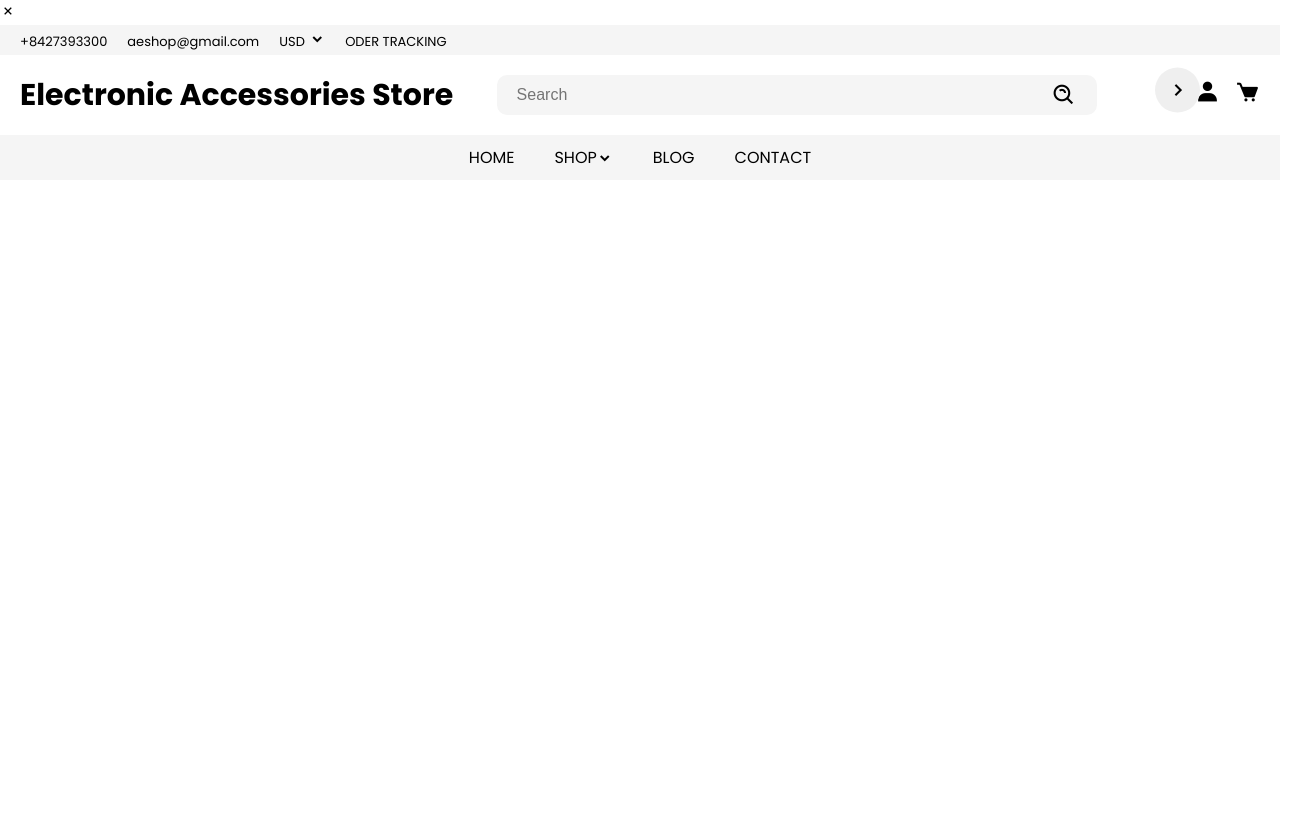
Repository: eric-nguyen-fe/Electronic_accessories
Page: index.html
An editor plug-in stored every save of this project. The page is shown before and after the next save, followed by the edit.
The browser window is 1280 px wide. The page is 1295 px wide, so the pictures cover 1295 px, including what lies to the right of the window. The pictures show the whole page.

Above is the page before, as saved 2021-10-31 20:00:00.

### index.html
<!DOCTYPE html>
<html lang="en">
<head>
    <meta charset="UTF-8">
    <meta http-equiv="X-UA-Compatible" content="IE=edge">
    <meta name="viewport" content="width=device-width, initial-scale=1.0">
    <title>Electronic Accessories</title>
    <!--Google font-->

    <link rel="preconnect" href="https://fonts.googleapis.com">
    <link rel="preconnect" href="https://fonts.gstatic.com" crossorigin>
    <link href="https://fonts.googleapis.com/css2?family=Poppins:ital,wght@0,100;0,200;0,300;0,400;0,500;0,600;0,700;0,800;0,900;1,100;1,200;1,300;1,400;1,500;1,600;1,700;1,800;1,900&display=swap" rel="stylesheet">

    <!--Boxicons-->

    <link href='https://unpkg.com/boxicons@2.0.9/css/boxicons.min.css' rel='stylesheet'>

    <!--App css-->
    <link href="./css/grid.css" rel="stylesheet">
    <link href="./css/app.css" rel="stylesheet">

</head>
<body>
    <!--Header-->
    <header>
        <div class="mobile-menu bg-second">
            <a href="#" class="mb-logo">EAShop</a>
            <span class="mb-menu-toggle" id="mb-menu-toggle">
                <i class='bx bx-menu'></i>
            </span>
        </div>
        <!--End mobile menu-->
        <!--Main Header-->
        <div class="header-wrapper" id="header-wrapper">
            <span class="mb-menu-toggle" id="mb-menu-toggle">
                <i class='bx bx-x'></i>
            </span>
            <!--Top header-->
            <div class="bg-second">
                <div class="top-header container">
                    <ul class="devided">
                        <li>
                            <a href="#">+8427393300</a>
                        </li>
                        <li>
                            <a href="#">aeshop@gmail.com</a>
                        </li>
                        <ul class="devided">
                            <li class="dropdown">
                                <a href="#">USD</a>
                                <i class='bx bxs-chevron-down'></i>
                                <ul class="dropdown-content">
                                    <li><a href="#">VIETNAMESE</a></li>
                                    <li><a href="#">JAPANESE</a></li>
                                    <li><a href="#">FRENCH</a></li>
                                    <li><a href="#">SPANISH</a></li>
                                </ul>
                            </li>
                            <li><a href="#">ODER TRACKING</a></li>
                        </ul>
                    </ul>
                </div>
            </div>
            <!--End top header-->
            <!--Mid header-->
            <div class="bg-main">
                <div class="mid-header container">
                    <a href="#" class="logo">Electronic Accessories Store</a>
                    <div class="search">
                        <input type="text" placeholder="Search">
                        <i class='bx bx-search-alt'></i>
                    </div>
                    <ul class="user-menu">
                        <li><a href="#"><i class='bx bxs-bell-ring' ></i></a></li>
                        <li><a href="#"><i class='bx bxs-user'></i></a></li>
                        <li><a href="#"><i class='bx bxs-cart' ></i></a></li>
                    </ul>
                </div>
            </div>
            <!--End mid header-->
            <!--Bottom header-->
            <div class="bg-second">
                <div class="bottom-header container">
                    <div class="main-menu">
                        <li><a href="#">Home</a></li>
                        <!--Mega menu-->
                        <li class="mega-dropdown">
                            <a href="./products.html">Shop<i class='bx bxs-chevron-down'></i></a>
                            <div class="mega-content">
                                <div class="row">
                                    <div class="col-3">
                                        <div class="box">
                                            <h3>Categories</h3>
                                            <ul>
                                                <li><a href="#">Wireless</a></li>
                                                <li><a href="#">Inear headphone</a></li>
                                                <li><a href="#">Overear headphone</a></li>
                                                <li><a href="#">Support headphone</a></li>
                                            </ul>
                                        </div>
                                    </div>
                                    <div class="col-3">
                                        <div class="box">
                                            <h3>Categories</h3>
                                            <ul>
                                                <li><a href="#">Wireless</a></li>
                                                <li><a href="#">Inear headphone</a></li>
                                                <li><a href="#">Overear headphone</a></li>
                                                <li><a href="#">Support headphone</a></li>
                                            </ul>
                                        </div>
                                    </div>
                                    <div class="col-3">
                                        <div class="box">
                                            <h3>Categories</h3>
                                            <ul>
                                                <li><a href="#">Wireless</a></li>
                                                <li><a href="#">Inear headphone</a></li>
                                                <li><a href="#">Overear headphone</a></li>
                                                <li><a href="#">Support headphone</a></li>
                                            </ul>
                                        </div>
                                    </div>
                                    <div class="col-3">
                                        <div class="box">
                                            <h3>Categories</h3>
                                            <ul>
                                                <li><a href="#">Wireless</a></li>
                                                <li><a href="#">Inear headphone</a></li>
                                                <li><a href="#">Overear headphone</a></li>
                                                <li><a href="#">Support headphone</a></li>
                                            </ul>
                                        </div>
                                    </div>
                                </div>
                                <div class="row img-row">
                                    <div class="col-3">
                                        <div class="box">
                                            <img src="./images/kisspng-beats-electronics-headphones-apple-beats-studio-red-headphones.png" alt="">
                                        </div>
                                    </div>
                                    <div class="col-3">
                                        <div class="box">
                                            <img src="./images/JBL_TUNE220TWS_ProductImage_Pink_ChargingCaseOpen.png" alt="">
                                        </div>
                                    </div>
                                    <div class="col-3">
                                        <div class="box">
                                            <img src="./images/JBL_JR 310BT_Product Image_Hero_Skyblue.png" alt="">
                                        </div>
                                    </div>
                                    <div class="col-3">
                                        <div class="box">
                                            <img src="./images/JBLHorizon_001_dvHAMaster.png" alt="">
                                        </div>
                                    </div>
                                </div>
                            </div>
                        </li>
                        <!--End mega menu-->
                        <li><a href="#">Blog</a></li>
                        <li><a href="#">Contact</a></li>
                    </div>
                </div>
            </div>
            <!--End bottom header-->

        </div>
        <!--End Main Header-->
    </header>
    <!--End Header-->
    <!-- Hero section -->
    <div class="hero">
        <div class="slider">
            <div class="container">
            <!-- slider item -->
            <div class="slide active">
                <div class="info">
                    <div class="info-content">
                        <h3 class="top-down">
                            JBL TUNE 750TC
                        </h3>
                        <h2 class="top-down trans-delay-0-2">
                            Next-gen desgin
                        </h2>
                        <p class="top-down trans-delay-0-4">
                            Lorem ipsum dolor sit amet, consectetur adipisicing elit. Velit eaque adipisci error incidunt excepturi ad vitae culpa tenetur doloremque molestiae rerum iste deserunt dignissimos sint inventore, odio nulla, ipsam magnam?
                        </p>
                        <div class="top-down trans-delay-0-6">
                            <button class="btn-flat btn-hover">
                                <span>Shop now</span>
                            </button>
                        </div>
                    </div>
                </div>
                <div class="img top-down">
                    <img src="./images/JBL_E55BT_KEY_RED_6063_FS_x1-1605x1605px.webp" alt="">
                </div>
            </div>
            <!-- end slider item -->
            <!-- slider item -->
            <div class="slide">
                <div class="info">
                    <div class="info-content">
                        <h3 class="top-down">
                            JBL QUANTUM ONE
                        </h3>
                        <h2 class="top-down trans-delay-0-2">
                            IPSUM DOLOR
                        </h2>
                        <p class="top-down trans-delay-0-4">
                            Lorem ipsum dolor sit amet, consectetur adipisicing elit. Velit eaque adipisci error incidunt excepturi ad vitae culpa tenetur doloremque molestiae rerum iste deserunt dignissimos sint inventore, odio nulla, ipsam magnam?
                        </p>
                        <div class="top-down trans-delay-0-6">
                            <button class="btn-flat btn-hover">
                                <span>Shop now</span>
                            </button>
                        </div>
                    </div>
                </div>
                <div class="img right-left">
                    <img src="./images/JBL_E55BT_KEY_BLACK_6175_FS_x1-1605x1605px.png" alt="">
                </div>
            </div>
            <!-- end slider item -->
            <!-- slider item -->
            <div class="slide">
                <div class="info">
                    <div class="info-content">
                        <h3 class="top-down">
                            JBL JR 310BT
                        </h3>
                        <h2 class="top-down trans-delay-0-2">
                            Consectetur Elit
                        </h2>
                        <p class="top-down trans-delay-0-4">
                            Lorem ipsum dolor sit amet consectetur adipisicing elit. Molestiae nulla dignissimos laboriosam voluptates quod libero, vel nisi hic! Similique delectus voluptas aspernatur nulla in numquam excepturi molestias suscipit, nobis sint.
                        </p>
                        <div class="top-down trans-delay-0-6">
                            <button class="btn-flat btn-hover">
                                <span>Shop now</span>
                            </button>
                        </div>
                    </div>
                </div>
                <div class="img left-right">
                    <img src="./images/JBL_JR 310BT_Product Image_Hero_Skyblue.png" alt="">
                </div>
            </div>
            <!-- end slider item -->
            </div>
        </div>
        <!-- slider controller -->
        <button class="slide-controll slide-next">
            <i class='bx bx-chevron-right'></i>
        </button>
        <button class="slide-controll slide-prev">
            <i class='bx bx-chevron-left'></i>
        </button>
        <!-- slider controller -->
    </div>
    <!-- End Hero section -->







    <!--App JS-->
    <script src="./js/app.js"></script>
    <script src="./js/index.js"></script>
</body>
</html>

### css/grid.css
.row{
    display: flex;
    flex-wrap: wrap;
    margin: 0 -15px;
}

.row-revere {
    flex-direction: row-reverse;
}

[class*="col-"]{
    padding: 0 15px;
    margin-bottom: 20px;
}
.col-1{
    width: 8.33%;
}
.col-2{
    width: 16.66%;
}
.col-3{
    width: 25%;
}
.col-4{
    width: 33.33%;
}
.col-5{
    width: 41.66%;
}
.col-6{
    width: 50%;
}
.col-7{
    width: 58.33%;
}
.col-8{
    width: 66.66%;
}
.col-9{
    width: 75%;
}
.col-10{
    width: 83.33%;
}
.col-11{
    width: 91,66%;
}
.col-12{
    width: 100%;
}

/* Medium screen*/

@media only screen and (max-width: 1280px) {
    .col-md-1{
        width: 8.33%;
    }
    .col-md-2{
        width: 16.66%;
    }
    .col-md-3{
        width: 25%;
    }
    .col-md-4{
        width: 33.33%;
    }
    .col-md-5{
        width: 41.66%;
    }
    .col-md-6{
        width: 50%;
    }
    .col-md-7{
        width: 58.33%;
    }
    .col-md-8{
        width: 66.66%;
    }
    .col-md-9{
        width: 75%;
    }
    .col-md-10{
        width: 83.33%;
    }
    .col-md-11{
        width: 91,66%;
    }
    .col-md-12{
        width: 100%;
    }

}

/* Small screen*/

@media only screen and (max-width: 750px) {
    .col-sm-1{
        width: 8.33%;
    }
    .col-sm-2{
        width: 16.66%;
    }
    .col-sm-3{
        width: 25%;
    }
    .col-sm-4{
        width: 33.33%;
    }
    .col-sm-5{
        width: 41.66%;
    }
    .col-sm-6{
        width: 50%;
    }
    .col-sm-7{
        width: 58.33%;
    }
    .col-sm-8{
        width: 66.66%;
    }
    .col-sm-9{
        width: 75%;
    }
    .col-sm-10{
        width: 83.33%;
    }
    .col-sm-11{
        width: 91,66%;
    }
    .col-sm-12{
        width: 100%;
    }

}

### css/app.css
:root{
    --main-bg-color: #fff;
    --second-bg-color: #f5f5f5;
    --third-bg-color: #e3e3e3;
    --grey: #4b4b4b;
    --back: #000;
    --red: #c0392b;
    --top-header-size: 30px;
    --mid-header-size: 80px;
    --bottom-header-size: 45px;
    --btn-bg: #000;
    --btn-border-color: #000;
    --btn-color: #fff;
}

*{
    padding: 0;
    margin: 0;
    box-sizing: border-box;
    -webkit-tap-highlight-color: transparent;
}

body{
    font-family: "Poppins", sans-serif;
    overflow-x: hidden;
    position: relative;
    background-color: var(--main-bg-color);
}

button{
    cursor: pointer;
}

a{
    display: inline-block;
    text-decoration: none;
    color: unset;
}

li{
    list-style-type: none;
}

img{
    max-width: 100%;
}

/*--------------------------------------------*/

.container{
    max-width: 1366px;
    margin: auto;
    padding: 0 20px;
    position: relative;
}

.bg-second{
    background-color: var(--second-bg-color);
}

.bg-main{
    background-color: var(--main-bg-color);
}

.text-red{
    color: var(--red);
}

.mobile-menu{
    align-items: center;
    justify-content: space-between;
    padding: 10px 20px;
    display: none;
}

.top-header{
    height: 30px;
    display: flex;
    justify-content: space-between;
    align-items: center;
}

.top-header ul{
    display: flex;
}

.top-header a{
    font-size: 13px;
}

ul.devided >li{
    margin-right: 10px;
    padding-right: 10px;
/*     border-right: 1px solid;
 */}

ul.devided > li:last-child{
    border-right: none;
}

/* dropdown */
.dropdown{
    position: relative;
}

.dropdown:hover .dropdown-content{
    top:100%;
    opacity: 1;
    visibility: visible;
}

.dropdown-content{
    display: flex;
    opacity: 0;
    visibility: hidden;
    position:absolute;
    top: calc(100% + 10px);
    background-color: #fff;
    flex-direction: column;
    box-shadow: rgba(100, 100, 111, 0.2) 0px 7px 29px 0;
    transition: all 0.4s cubic-bezier(0.77,0, 0.175,1);
    z-index: 2;
}

.dropdown-content >li >a{
    padding: 10px;
}

.dropdown-content >li:hover{
    color: var(--red);
}

/* end dropdown */

.mid-header{
    display: flex;
    align-items: center;
    justify-content: space-between;
    height: 80px;
    background-color: var(--main-bg-color);

}

.logo{
    font-size: 30px;
    font-weight: 700;
}

.search{
    width: 600px;
    height: 40px;
    position: relative;
}

.search input{
    height: 100%;
    width: 100%;
    font-size: 16px;
    outline: 0;
    padding: 0 20px;
    border-radius: 10px;
    border: 0;
    background-color: var(--second-bg-color);
}

.search i{
    position: absolute;
    top: 50%;
    transform: translateY(-50%);
    right: 20px;
    cursor: pointer;
    font-size: 25px;

}

.user-menu{
    display: flex;
}

.user-menu >li >a{
    font-size: 25px;
    margin-left: 15px;
}

.bottom-header{
    display: flex;
    align-items: center;
    justify-content: center;
}

.main-menu{
    display: flex;
    height: var(--bottom-header-size);
}

.main-menu a{
    display: flex;
    align-items: center;
    margin: 0 20px;
    font-size: 600;
    height: 100%;
    text-transform: uppercase;
}

.main-menu>li{
    border-bottom: 2px solid transparent;
    border-top: 2px solid transparent;
}

.main-menu> li:hover{
    border-bottom: 4px solid var(--red);
}

/* mega menu */

.mega-content{
    opacity: 0;
    visibility: hidden;
    position: absolute;
    left: 0;
    background-color: var(--main-bg-color);
    width: 100%;
    top: calc(100% +100px);
    z-index: 2;
    box-shadow: rgba(100, 100, 111, 0.2) 0px 7px 29px 0;
    transition: all .4s cubic-bezier(0.77, 0 , 0.175, 1);
}

.mega-dropdown:hover .mega-content{
    opacity: 1;
    visibility: visible;
    top: 100%;
}

.mega-content h3{
    margin: 20px 0;
    padding-left: 20px;
}

.mega-content ul{
    display: flex;
    flex-direction: column;
}

.mega-content ul> li >a{
    font-weight: normal;
    padding: 10px 0;
    border-bottom: 2px dashed #f5f5f5;
    transition: padding-left .2s ease-in-out;
    margin: 0 20px;
    text-transform: capitalize;
}

.mega-content ul> li >a:hover{
    padding-left: 10px;

}

.mega-content ul> li{
    padding-left: 10px;
    border-bottom: 2px solid transparent;

}

.mega-content ul> li:hover{
    padding-left: 10px;
    border-bottom: 3px solid var(--red);

}
/* end mega menu */

.box{
    padding: 20px;
}

.hero{
    height: calc(100vh -
        (
         var(--top-header-size) +  var(--mid-header-size) +var(--bottom-header-size)
        )
    );
    padding: 0 20px;
}

.slider,
.slider .container{
    height: 100%;
    position: relative;
}

.slide{
    height: 100%;
    position: absolute;
    display: flex;
    inset: 0;
    overflow: hidden;
    visibility: hidden;
}

.slide.active {
    visibility: visible;
}

.slide .info{
    width: 50%;
    display: flex;
    flex-direction: column;
    justify-content: center;
    height: 100%;
}

.info-content h2 {
    font-size: 70px;
    margin: 10px 0 35px;
}

.info-content button{
    margin-top: 30px;
}

.slide .img{
    width: 50%;
    display: flex;
    align-items: center;
    justify-content: center;
}

.btn-flat{
    display: inline-block;
    border:  2px solid var(--btn-border-color);
    background-color: var(--btn-bg);
    color: var(--btn-color);
    padding: 15px 35px;
    font-size: 15px;
    outline: 0;
    font-weight: 600;
    text-transform: uppercase;
}

.btn-hover{
    transition: all .3s ease-in-out;
}

.btn-hover:hover{
    background-color: var(--btn-color);
    color: var(--btn-bg);
}

.slide-controll{
    position: absolute;
    top: 50%;
    transform: translateY(-50%);
    outline: 0;
    border: 0;
    border-radius: 50%;
    font-size: 25px;
    display: flex;
    align-items: center;
    padding: 10px;
    transition: all 0.3s cubic-bezier(0.77, 0, 0.175, 1);
}

.slide-controll:hover{
    background-color: var(--btn-bg);
    color: var(--btn-color);
}

.slide-next{
    right: 80px;
}

.slide-prev{
    left: -80px;
}

.slide:hover .slide-next{
    right: 50px;
}

### js/index.js
let slide_index = 0
let slide_play = true
let slides =document.querySelectorAll('.slide')

hideAllSlide = () => {
    slides.forEach(e =>{
        e.classList.remove('active')
    })
}

showSlide = () => {
    hideAllSlide()
    slides[slide_index].classList.add('active')
}

nextSlide = () => slide_index = slide_index + 1 === slides.length ? 0 : slide_index + 1
prevSlide = () => slide_index = slide_index - 1 < 0 ? slides.length - 1 : slide_index - 1

//pause slide when hover slider

document.querySelector(".slide").addEventListener('mouseover', () => slide_play = false)

//enable slide when mouse leave out slider

document.querySelector(".slide").addEventListener('mouseleave', () => slide_play = true)

showSlide()

/* setInterval(() =>{
    if(!slide_play) return
    nextSlide()
    showSlide()
}, 2000); */

Loaded but not shown: js/app.js (no stored copy; drawn as an empty file)

After the next save:
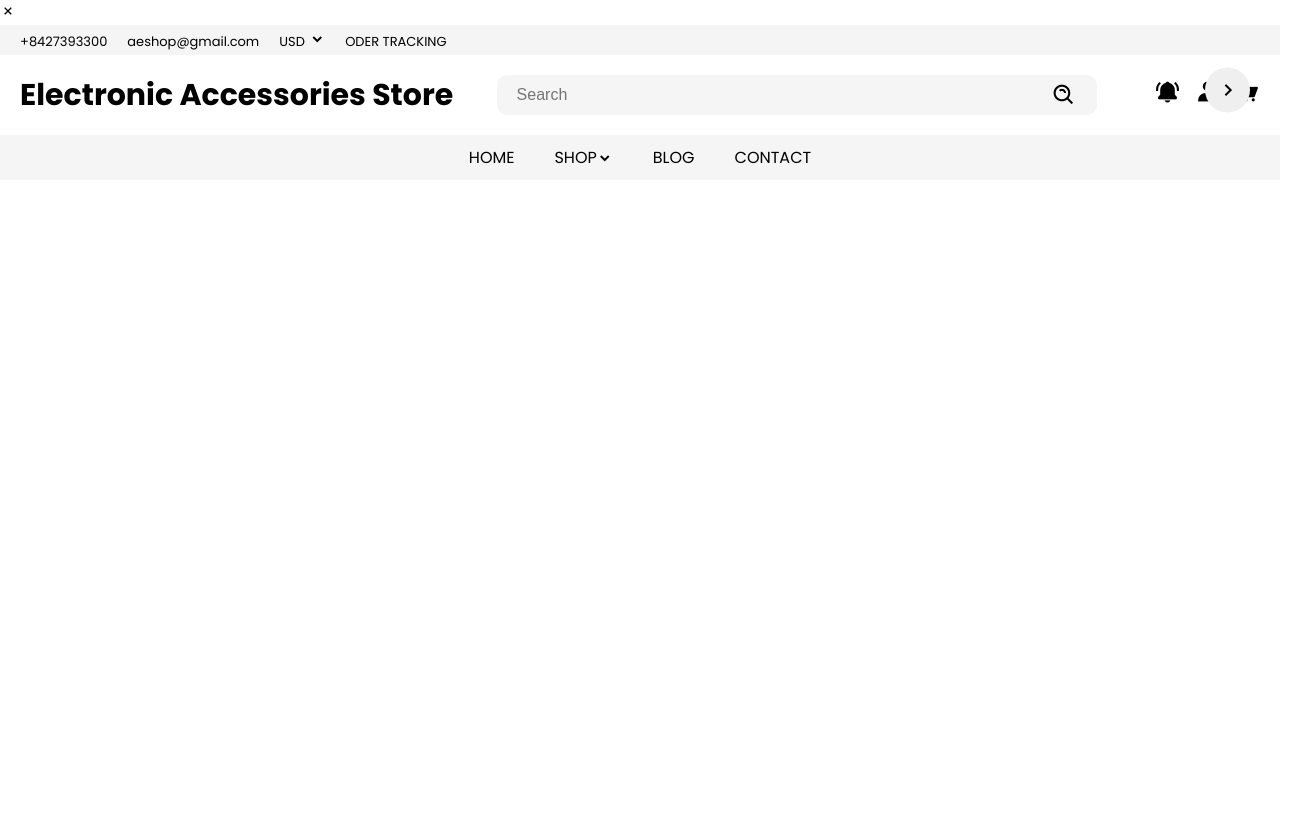
Saved 50 s later.
--- a/css/app.css
+++ b/css/app.css
@@ -366,7 +366,7 @@
 }
 
 .slide-next{
-    right: 80px;
+    right: 30px;
 }
 
 .slide-prev{
